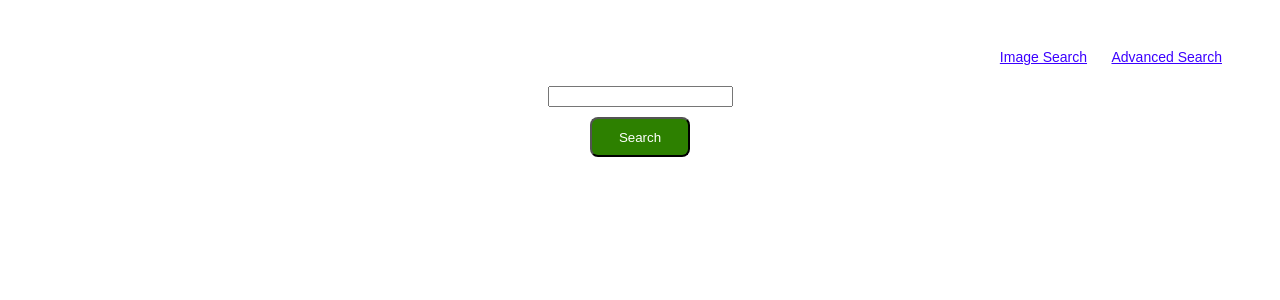
Repository: lyutok/cs50-search-project
Page: google.html
The author's editor kept a copy of each file at every save. The page is drawn from the files as they stood at one save, then again after the next save.
The browser window is 1280 px wide. The pictures show the whole page.
The pointer rests on the first visible `button`.
The style sheet was rebuilt from its Sass, Less or Tailwind sources for each picture, by a compiler version that may differ from the author's.

Above is the page before, as saved 2025-07-05 19:18:25.

### google.html
<!DOCTYPE html>
<html lang="en">
<head>
    <meta name="viewport" content="width=device-width, initial-scale=1.0" charset="UTF-8">
    <title>Google Search</title>
    <link rel="stylesheet" href="styles.css">
    </head>
<body>
    <div>
        <a href="image.html">Image Search</a>
        <a href="advanced.html">Advanced Search</a>
    </div>
    <form action="https://www.google.com/search">
        <input type="text" name="q">
        <br>
        <button type="submit">Search</button>
    </form>
</body>
</html>

### styles.scss
$color: rgb(60, 0, 255);

a {
    font-size: 14px;
    color: $color;
    padding: 10px;
}

body {
    font-family: Arial, sans-serif;
    padding: 20px;
    text-align: center;

    div {
        text-align: right;
        padding: 20px;
    }
}

button {
    margin: 10px;
    border-radius: 8px;
    background-color: rgb(45, 128, 0);
    color: white;
    height: 40px;
    width: 100px;
}

After the next save:
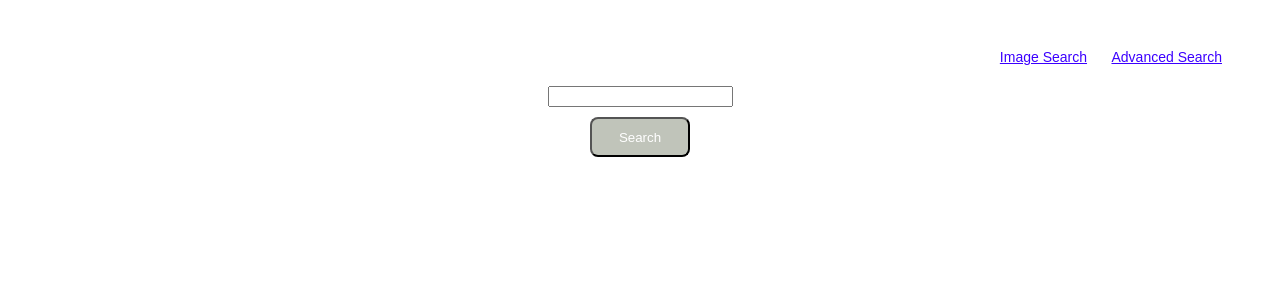
Saved 69 s later.
--- a/styles.scss
+++ b/styles.scss
@@ -25,3 +25,7 @@ button {
     height: 40px;
     width: 100px;
 }
+
+button:hover {
+                background-color: rgb(192, 196, 186);
+            }
